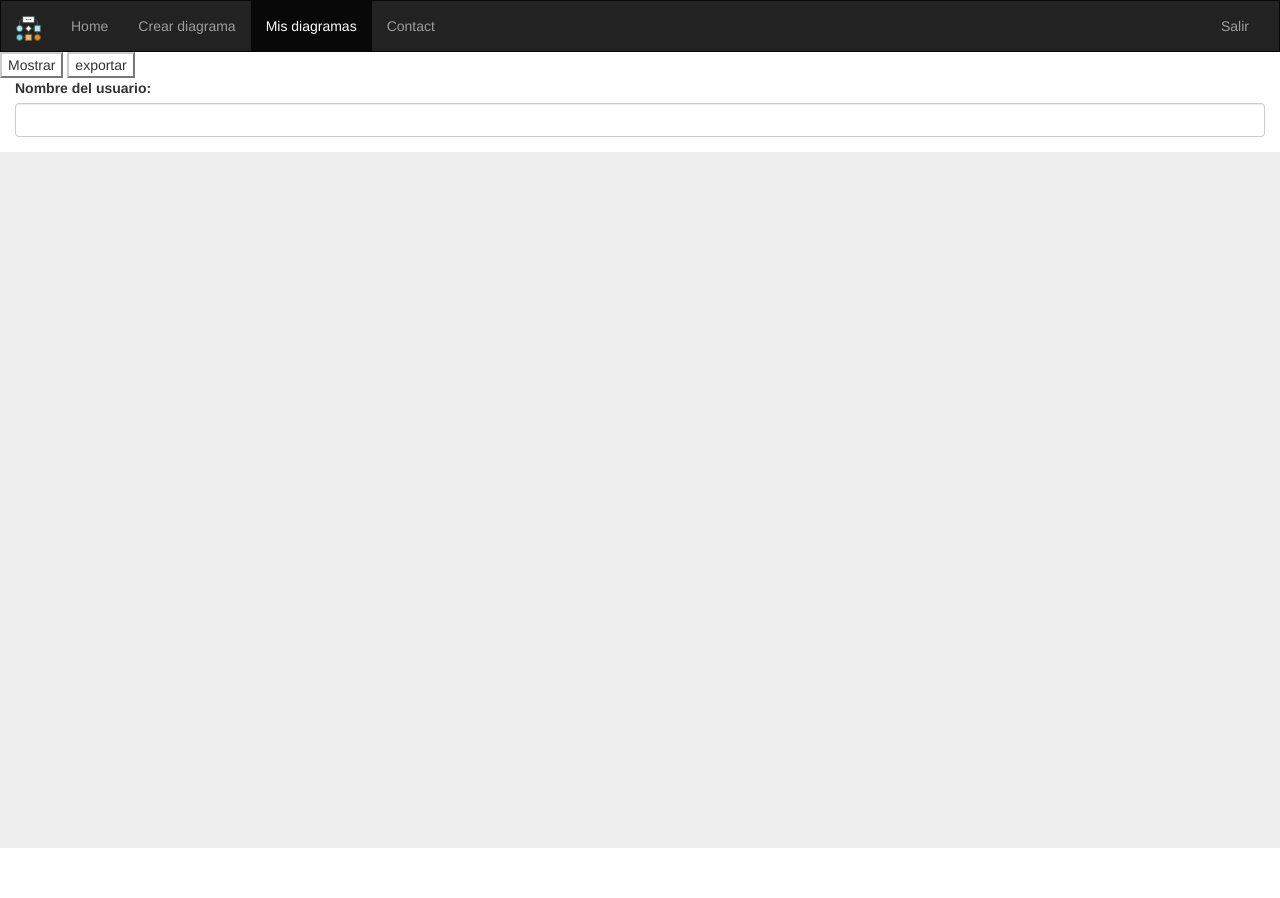
Repository: HugoClavijo/proyectoJS
Page: pages/diagrams.html
The author's editor kept a record of every edit. The page is drawn from the files as they stood at one moment, then again after the next edit.
The browser window is 1280 px wide. The pictures show the whole page.

Above is the page before.

### pages/diagrams.html
<!DOCTYPE html>
<html lang="en">
<head>
  <title>Proyecto js</title>
  <meta charset="utf-8">
  <meta name="viewport" content="width=device-width, initial-scale=1">
  <link rel="stylesheet" href="../css/bootstrap.min.css">
    <link rel="stylesheet" href="../css/estilo.css">
  <script src="../js/libs/jquery.min.js"></script>
  <script src="../js/libs/bootstrap.min.js"></script>
         <!--<script src="js/main.js"></script>-->
         <script src="../js/datos.js"></script>
             <script src="../js/principal.js"></script>

</head>
<body>

<nav class="navbar navbar-inverse">
  <div class="container-fluid">
    <div class="navbar-header">
      <button type="button" class="navbar-toggle" data-toggle="collapse" data-target="#myNavbar">
        <span class="icon-bar"></span>
        <span class="icon-bar"></span>
        <span class="icon-bar"></span>
      </button>
      <a class="navbar-brand" href="#"><img id="logo" src='../images/icon.png'></a>
    </div>
    <div class="collapse navbar-collapse" id="myNavbar">
      <ul class="nav navbar-nav">
        <li><a href="home.html">Home</a></li>
        <li><a href="create.html">Crear diagrama</a></li>
        <li class="active"><a href="diagrams.html">Mis diagramas</a></li>
        <li><a href="#">Contact</a></li>
      </ul>
      <ul class="nav navbar-nav navbar-right">
        <li id="logoutBtn"><a href="../index.html"><span >Salir</span></a></li>
      </ul>
    </div>
  </div>
</nav>
 <button id="mostrarDiagrama" class="btn-default">Mostrar</button>
<button id="exportar" class="btn-default">exportar</button>
 <br>
 <div id="contentoptions" class="container-fluid">
   <div class="form-group">
    <label for="usr">Nombre del usuario:</label>
    <input type="text" class="form-control" id="nombrediagrama">
   </div>
  </div>

  <div id="container ">
    <!--  <img src='../images/icon.png'>-->
    <!--  <h1>Proyecto</h1>-->
    <!--<p>Carrera, Clavijo, Cordova...</p>-->
  </div>
<div class="jumbotron">
  <div id="content" style="height:600px;">
  </div>
</div>


  <!--<div id="container ">-->
    <!--  <img src='../images/icon.png'>-->
    <!--  <h1>Proyecto</h1>-->
    <!--<p>Carrera, Clavijo, Cordova...</p>-->
  <!--</div>-->

    <br>
    <div class="container-fluid">
    <div id="elements-container" class="row"></div>
    </div>
</div>
</body>
</html>

### css/estilo.css
#logo{
    width: 25px;
}

.iconn{
    width: 250px;
}

#iconn1{
    width: 200px;
}

#iconn2{
    width: 200px;
}

/*#makeMeDraggable { width: 300px; height: 300px; background: red; }*/

#dragThis {
    width: 6em;
    height: 6em;
    padding: 0.5em;
    border: 3px solid #ccc;
    border-radius: 0 1em 1em 1em;
}


 .dragImg {
       resize: both;
    }

 /* Remove the navbar's default margin-bottom and rounded borders */
    .navbar {
      margin-bottom: 0;
      border-radius: 0;
    }

    /* Add a gray background color and some padding to the footer */
    footer {
      background-color: #f2f2f2;
      padding: 25px;
    }


.editable {
    background-color: transparent;
    padding: 10px;
    border: none;
    cursor: pointer;
}


.editables {
    background-color: transparent;
    padding: 2px;
    border: none;
    cursor: pointer;
}

textarea {
    padding: 5px;
}

.editable:hover {
    border: 2px dashed red;
}


#p-editor, #c-editor {
    background-color: white;
    margin: 20px;
    padding: 10px;
    display: none;
}

#div-editor {
    background-color: yellow;
}

.editing {
    background-color: red;
}


#elements-container {
      width: 200px;
}


.oval {
     width: 150px;
     height: 70px;
     -moz-border-radius: 50%;
     -webkit-border-radius: 50%;
     border-radius: 50%;
     background: #5cb85c;
     text-align:center;
}

.rectangulo {
     width: 150px;
     height: 80px;
     border: 3px solid #555;
     background: yellow;
    text-align:center;
}

.rombo {
     width: 100px;
     height: 100px;
     border: 3px solid #555;
     background: #428bca;
     -webkit-transform: rotate(45deg);
     -moz-transform: rotate(45deg);
     -ms-transform: rotate(45deg);
     -o-transform: rotate(45deg);
     transform: rotate(45deg);
    text-align:center;
}

.paralelogramo {
     width: 150px;
     height: 80px;
     border: 3px solid #555;
     background: #428bca;
     -webkit-transform: skew(20deg);
     -moz-transform: skew(20deg);
     -ms-transform: skew(20deg);
     -o-transform: skew(20deg);
     transform: skew(20deg);
    text-align:center;
}


.line {
  width: 5px;
  height: 220px;
  background-color: red;
  /* Rotate div */
  -ms-transform: rotate(30deg);
  /* IE 9 */
  -webkit-transform: rotate(30deg);
  /* Chrome, Safari, Opera */
  transform: rotate(30deg);
  transform-origin: bottom left;
  position: relative;
}

.line2 {
  width: 5px;
  height: 220px;
  background-color: red;
  /* Rotate div */
  -ms-transform: rotate(30deg);
  /* IE 9 */
  -webkit-transform: rotate(30deg);
  /* Chrome, Safari, Opera */
  transform: rotate(30deg);
  transform-origin: bottom left;
  position: relative;
}

/*-----Doble flecha-----------------*/
/*.line2:before,*/
/*.line2:after {*/
/*  content: '';*/
/*  position: absolute;*/
/*  left: 0;*/
/*  border-style: solid;*/
/*  border-color: red transparent;*/
/*}*/
/*.line2:after {*/
/*  top: 0;*/
/*  transform: translate(-40%, -50%);*/
/*  border-width: 0 10px 20px 10px;*/
/*}*/
/*.line2:before {*/
/*  bottom: 0;*/
/*  transform: translate(-40%, 50%);*/
/*  border-width: 20px 10px 0 10px;*/
/*}*/
/*-----Doble flecha-----------------*/

.line2:after {
  content: '';
  position: absolute;
  top: 0;
  left: 0;
  border-style: solid;
  transform: translate(-40%, -50%);
  border-width: 0 10px 20px 10px;
  border-color: transparent transparent red transparent;
}

.line3 {
	width: 5px;
  height: 220px;
  background-color: red;
  /* Rotate div */
  -ms-transform: rotate(30deg);
  /* IE 9 */
  -webkit-transform: rotate(30deg);
  /* Chrome, Safari, Opera */
  transform: rotate(30deg);
  transform-origin: bottom left;
  position: relative;
}

.line3:after {
	content: "";
    position: absolute;
	width: 10px;
	height: 10px;
	background-color: red;
	border-radius: 10px;
	top: -6px;
     left: -2px;
}

.line4 {
	width: 5px;
  height: 220px;
  background-color: red;
  /* Rotate div */
  -ms-transform: rotate(30deg);
  /* IE 9 */
  -webkit-transform: rotate(30deg);
  /* Chrome, Safari, Opera */
  transform: rotate(30deg);
  transform-origin: bottom left;
  position: relative;
}

.line4:before , .line4:after {
	content: "";
    position: absolute;
	background-color: red;
	width: 18px;
    height: 18px;
    -webkit-clip-path: polygon(0% 0%, 75% 0%, 100% 50%, 75% 100%, 0% 100%);
    clip-path: polygon(0% 0%, 75% 0%, 100% 50%, 75% 100%, 0% 100%);
    -ms-transform: rotate(270deg); /* IE 9 */
    -webkit-transform: rotate(270deg); /* Chrome, Safari, Opera */
    transform: rotate(270deg);
	top: -6px;
    left: -7px;
}

.line4:after{
    right: 0;
}

### js/datos.js
class Usuario {
    constructor (obj){
        this.id = obj.id;
        this.user = obj.user;
        this.pass = obj.pass;
        this.userType = obj.userType;
        this.imagen = obj.imagen;
    }
}

class Elementos {
    constructor (obj){
        this.html = obj.html;

    }
}

class Figura {
    constructor (obj){
        this.nombre = obj.nombre;
        this.posx = obj.posx;
        this.posy = obj.posy;
    }
}



var json = {"usuarios":[{"id":1,"user":"admin1","pass":"1234","imagen":"images/users/1.png"},{"id":2,"user":"hugo","pass":"batman","imagen":"images/users/2.png"},{"id":3,"user":"juancarlos","pass":"spiderman","imagen":"images/users/3.png"}]};
var jsonHtml = {"html":[{}]};


function loadJSON (json){
    var jsonObj = json;
    var objAux = {"usuarios":[]};

    for (var att in jsonObj){
        switch (att){
            case "usuarios":
                for (var u of jsonObj[att]){
                    objAux[att].push(new Usuario(u));
                }
                break;
            default:
        }
    }

    console.log("JSON leído correctamente");

    return objAux;
}

function validateLogIn (arr, user, pass){
    var found = false;

    for (var u of arr){
        if (user === u.user && pass === u.pass){
            found = true;
            alert("Bienvenido "+u.user);
            return u;
        }
    }

    if (found === false){
        return null;
    }
}

### js/principal.js






//------------------------------------------------------------------------------------------------------------------------------------------------------

$( init );

function init() {

    $('#add-ini').on('click', function () {
     var id = $('#elements-container').children().length + 1;
   $('#elements-container').append('<div class="col-md-1"><div id="'+id+'" class="editable oval">This is a new element</div></div>');

        $('div.editable').dblclick('click', function() {
    editEl = $(this);
    $(editEl).addClass('editing');
    $('#p-editor').show();
    $('#p-editor textarea').val($(editEl).html());
        });


        // When they click the "Done Editing" button, close the editor
        $('.done').click(function() {
        $('#p-editor, #div-editor').hide();
        $(editEl).removeClass('editing');
        });

        // Delete the clicked div element
        $('.delete').click(function() {
        $(editEl).remove();
        $('#p-editor, #div-editor').hide();
        });

// Update the clicked div element when they click the "Save" button
        $('.save').click(function() {
        $(editEl).html($(this).parent().find('textarea').val());
        });

        $('div.editable').draggable({
                        appendTo: '.jumbotron',
                        containment: '.jumbotron',
                         stop: handleDragStop,
                        });
         $('#'+id).resizable();
  });


//------------------------------------------------------------------------------------------------------------------------------------------------------

     $('#add-des').on('click', function () {
     var id = $('#elements-container').children().length + 1;
   $('#elements-container').append('<div class="col-md-1"><div id="'+id+'" class="editable rombo">This is a new element</div></div>');

        $('div.editable').dblclick('click', function() {
    editEl = $(this);
    $(editEl).addClass('editing');
    $('#p-editor').show();
    $('#p-editor textarea').val($(editEl).html());
        });


        // When they click the "Done Editing" button, close the editor
        $('.done').click(function() {
        $('#p-editor, #div-editor').hide();
        $(editEl).removeClass('editing');
        });

        // Delete the clicked div element
        $('.delete').click(function() {
        $(editEl).remove();
        $('#p-editor, #div-editor').hide();
        });

// Update the clicked div element when they click the "Save" button
        $('.save').click(function() {
        $(editEl).html($(this).parent().find('textarea').val());
        });

        $('div.editable').draggable({
                        appendTo: '.jumbotron',
                        containment: '.jumbotron',
                         stop: handleDragStop,
                        });
         $('#'+id).resizable();
  });


//------------------------------------------------------------------------------------------------------------------------------------------------------


$('#add-pro').on('click', function () {
     var id = $('#elements-container').children().length + 1;
   $('#elements-container').append('<div class="col-md-1"><div id="'+id+'" class="editable rectangulo">This is a new element</div></div>');

        $('div.editable').dblclick('click', function() {
    editEl = $(this);
    $(editEl).addClass('editing');
    $('#p-editor').show();
    $('#p-editor textarea').val($(editEl).html());
        });


        // When they click the "Done Editing" button, close the editor
        $('.done').click(function() {
        $('#p-editor, #div-editor').hide();
        $(editEl).removeClass('editing');
        });

        // Delete the clicked div element
        $('.delete').click(function() {
        $(editEl).remove();
        $('#p-editor, #div-editor').hide();
        });

// Update the clicked div element when they click the "Save" button
        $('.save').click(function() {
        $(editEl).html($(this).parent().find('textarea').val());
        });

        $('div.editable').draggable({
                        appendTo: '.jumbotron',
                        containment: '.jumbotron',
                         stop: handleDragStop,
                        });
         $('#'+id).resizable();
  });


//------------------------------------------------------------------------------------------------------------------------------------------------------


$('#add-en').on('click', function () {
     var id = $('#elements-container').children().length + 1;
   $('#elements-container').append('<div class="col-md-1"><div id="'+id+'" class="editable rectangulo paralelogramo">This is a new element</div></div>');

        $('div.editable').dblclick('click', function() {
    editEl = $(this);
    $(editEl).addClass('editing');
    $('#p-editor').show();
    $('#p-editor textarea').val($(editEl).html());
        });


        // When they click the "Done Editing" button, close the editor
        $('.done').click(function() {
        $('#p-editor, #div-editor').hide();
        $(editEl).removeClass('editing');
        });

        // Delete the clicked div element
        $('.delete').click(function() {
        $(editEl).remove();
        $('#p-editor, #div-editor').hide();
        });

// Update the clicked div element when they click the "Save" button
        $('.save').click(function() {
        $(editEl).html($(this).parent().find('textarea').val());
        });

        $('div.editable').draggable({
                        appendTo: '.jumbotron',
                        containment: '.jumbotron',
                         stop: handleDragStop,
                        });
        $('#'+id).resizable();
  });


//------------------------------------------------------------------------------------------------------------------------------------------------------

    $('#add-up').on('click', function () {
     var id = $('#elements-container').children().length + 1;
   $('#elements-container').append('<div class="col-md-1"><div id="'+id+'" class="editables line"></div></div>');

        $('#'+id).draggable({
                        appendTo: '.jumbotron',
                        containment: '.jumbotron',
                         stop: handleDragStop,
                        });

         //$('div.editable').dblclick(function() {
        //$(this).remove();
    //});

        var rotation = 0;

        jQuery.fn.rotate = function(degrees) {
    $('#'+id).css({'-webkit-transform' : 'rotate('+ degrees +'deg)',
                 '-moz-transform' : 'rotate('+ degrees +'deg)',
                 '-ms-transform' : 'rotate('+ degrees +'deg)',
                 'transform' : 'rotate('+ degrees +'deg)'});
    };

        $('#'+id).click(function() {
    rotation += 5;
    $(this).rotate(rotation);
    });

      $('#'+id).resizable();

  });



//------------------------------------------------------------------------------------------------------------------------------------------------------
var arrayElement = ['{"data":{'];
$("#download").click(function() {
var id = $('#elements-container').children().length
// var element = document.getElementById(id);
// var html = element.outerHTML;
// var data = { html: html };
// var json = JSON.stringify(data);
    // console.log(json); // shows json object



  arrayElement = arrayElement+'"elemento":[';

    for (var i = 1; i < id+1; i++){
    // alert("hola"+i);
    // console.log(document.getElementById(i));

    if(i>1 && i< id+1){
        arrayElement=arrayElement+',';
    }

    var element = document.getElementById(i);
    var html = element.outerHTML;
    var data = { html: html };
    var json = JSON.stringify(data);
    arrayElement=arrayElement+json;

    //  console.log(document.getElementById(i));
    }
    arrayElement = arrayElement+']';
    arrayElement = arrayElement+'}}';
     console.log(arrayElement);

    // console.log(document.getElementById(1));
    // console.log(document.getElementById(2));
    // console.log(document.getElementById(3));
    // console.log(document.getElementById(4));
  });

//------------------------------------------------------------------------------------------------------------------------------------------------------
  $("#guardar").click(function() {
    console.log("guardar");
    localStorage.setItem('miDiagrama', JSON.stringify(arrayElement));
    var obj = JSON.parse(localStorage.getItem('miDiagrama'));
    console.log(obj);

  });

  //------------------------------------------------------------------------------------------------------------------------------------------------------
  $("#mostrarDiagrama").click(function() {

   var obj = JSON.parse(localStorage.getItem('miDiagrama'));
   console.log(obj);
    console.log('mostrar diagrama');
    //  $(".jumbotron").append("<h1>Aqui</h1>");
    //  $(".jumbotron").append(obj);   <div class="col-md-1">
    var obj2 =JSON.parse(obj);
    console.log('===>'+obj2.data.elemento[0].html);
    // $("#elements-container").append(obj2);
    var id = obj2.data.elemento.length;

        for (var i = 0; i < id; i++){
            console.log('===>'+obj2.data.elemento[i].html);
            // $("#elements-container").append('<div class="col-md-1">');
            $("#elements-container").append('<div class="col-md-1">'+obj2.data.elemento[i].html+'</div>');
            // $("#elements-container").append('</div>');
        }

  });

//------------------------------------------------------------------------------------------------------------------------------------------------------
    $("#clear").click(function() {
    window.localStorage.clear();
    window.location.reload();
  });

  //------------------------------------------------------------------------------------------------------------------------------------------------------
  $("#exportar").click(function() {
      console.log("hola");
        var bla = $('#nombrediagrama').val();
        console.log(bla);
           var obj = JSON.parse(localStorage.getItem('miDiagrama'));

   console.log(obj);
   var oldItems = JSON.parse(localStorage.getItem('miDiagrama')) || [];

var newItem = {
    "title": "Juank"
};

oldItems.push(newItem);

localStorage.setItem('miDiagrama', JSON.stringify(oldItems));
console.log(oldItems);
  });
}


function handleDragStop( event, ui ) {
  var offsetXPos = parseInt( ui.offset.left );
  var offsetYPos = parseInt( ui.offset.top );
  alert( "Drag stopped!\n\nOffset: (" + offsetXPos + ", " + offsetYPos + ")\n");
}

Loaded but not shown: css/bootstrap.min.css (library); js/libs/jquery.min.js (library); js/libs/bootstrap.min.js (library)

After the next edit:
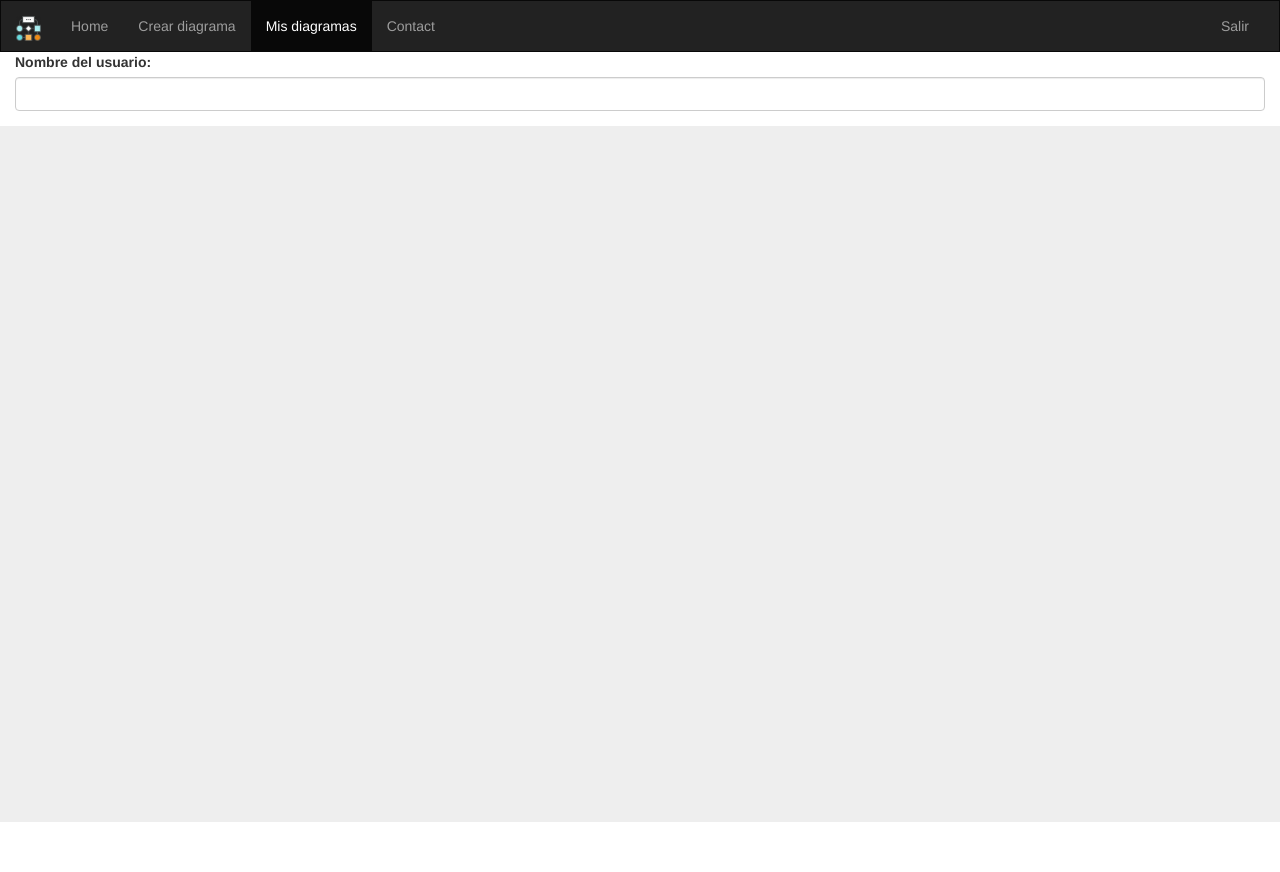
The edit:
--- a/pages/diagrams.html
+++ b/pages/diagrams.html
@@ -38,9 +38,6 @@
     </div>
   </div>
 </nav>
- <button id="mostrarDiagrama" class="btn-default">Mostrar</button>
-<button id="exportar" class="btn-default">exportar</button>
- <br>
  <div id="contentoptions" class="container-fluid">
    <div class="form-group">
     <label for="usr">Nombre del usuario:</label>
